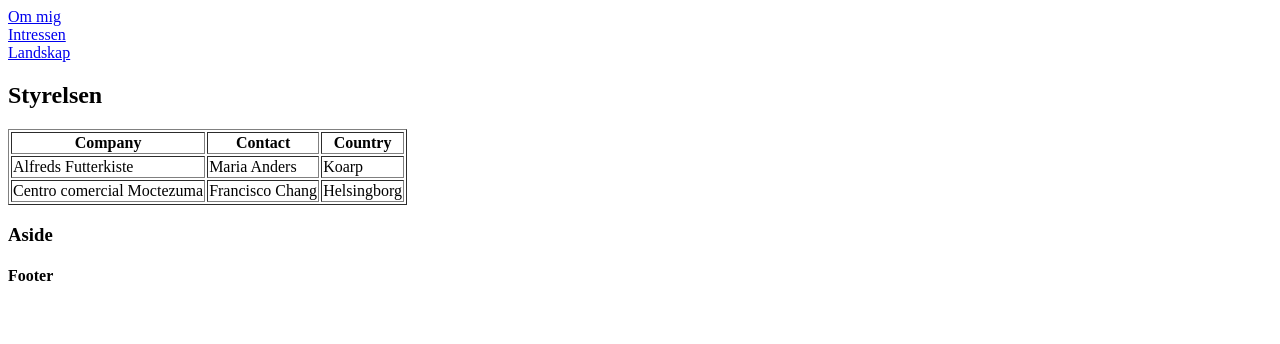
Repository: Webutveckling-20-21/Uppgift-1
Page: om foreningen.html
The author's editor kept a copy of each file at every save. The page is drawn from the files as they stood at one save, then again after the next save.
The browser window is 1280 px wide. The pictures show the whole page.

Above is the page before, as saved 2021-09-06 16:39:34.

After the next save:
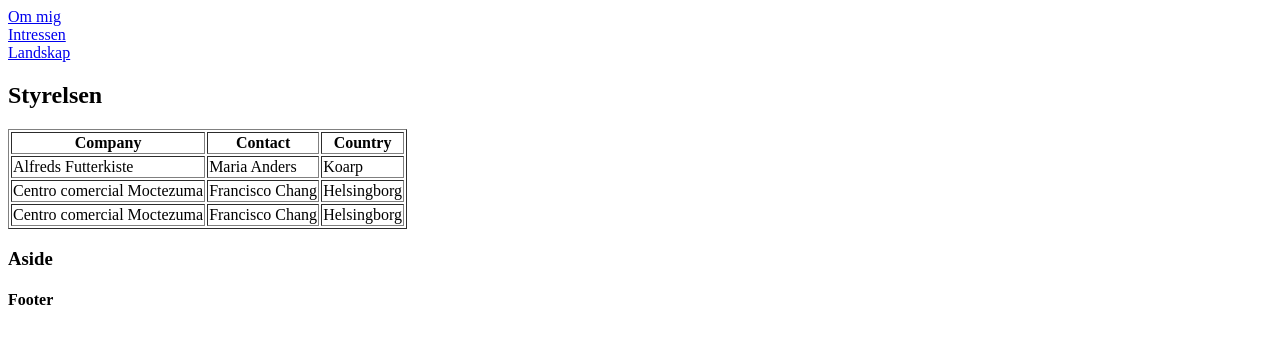
Saved 12 s later.
--- a/om foreningen.html
+++ b/om foreningen.html
@@ -35,6 +35,11 @@
                 <td>Francisco Chang</td>
                 <td>Helsingborg</td>
             </tr>
+            <tr>
+                <td>Centro comercial Moctezuma</td>
+                <td>Francisco Chang</td>
+                <td>Helsingborg</td>
+            </tr>
         </table>
 
     </main>
